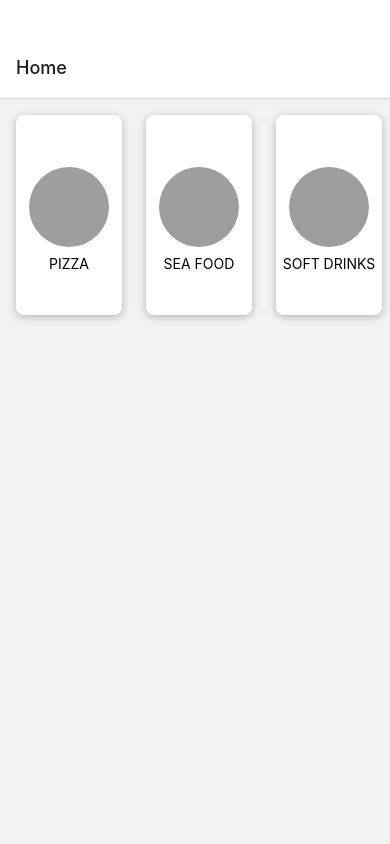
Repository: Esraa22M/ReactNative
Screen: /
An editor plug-in stored every save of this project. The screen is shown before and after the next save, followed by the edit.
Pictures or frames that could not be fetched are drawn as grey boxes. The app was drawn by React Native's web renderer in a window 390 px wide. The project was rebuilt for these pictures with package versions that can differ from the ones it lists, and the page was loaded fresh each time. Also part of the build but not shown: src/components/header/header.component.js, src/colors/front-screen-colors/user-auth-colors.js, src/components/header/header.styles.js, src/components/textInput/textInput.styles.js, src/components/textInput/textInput.components.jsx, src/components/singup-form-body/singup-form-body.components.js, src/screens/front-screen/Singup/singup-screen.screens.jsx, src/authentication/api/login-info.js and 2 more.

Above is the screen before, as saved 2023-09-21 01:10:48.

### App.js
import { SafeAreaView } from "react-native";
import { singupStyles } from "./src/screens/front-screen/Singup/singup-screen.styles";
import { Singup } from "./src/screens/front-screen/Singup/singup-screen.screens";
import UserCard from "./src/screens/front-screen/user-card/user-card.screens";
import { NavigationContainer } from "@react-navigation/native";
import { createStackNavigator } from "@react-navigation/stack";
import { Home } from "./src/screens/front-screen/home/home.screens";
const Stack = createStackNavigator();
export default function App() {
  return (
    <SafeAreaView style={singupStyles.container}>
      {/* <UserCard /> */}
      <NavigationContainer>
        <Stack.Navigator>
          <Stack.Screen name="Home" component={Home} />
        </Stack.Navigator>
      </NavigationContainer>
    </SafeAreaView>
  );
}

### src/screens/front-screen/Singup/singup-screen.styles.jsx
import { StyleSheet } from "react-native";
export const singupStyles = StyleSheet.create({
  container: { flex: 1, marginTop: 35 },
});

### src/screens/front-screen/home/home.screens.js
import { View, Text } from "react-native";
import { Categories } from "../../../components/categories/categories.components";
export const Home = () => {
  return (
    <>
      <Categories />
    </>
  );
};

### src/components/categories/categories.components.js
import { categories } from "../../data/dummay__data";
import { FlatList } from "react-native";
import { CategoryItem } from "./category-item.components";
export const Categories = () => {
  function renderCategoryItem(itemData) {
    return <CategoryItem item={itemData.item} />;
  }
  return (
    <FlatList
      numColumns={3}
      data={categories}
      renderItem={renderCategoryItem}
      keyExtractor={(item) => item.id}
    />
  );
};

### src/data/dummay__data.js
import { Category } from "../modal/category.modals";
export const categories = [
  new Category(
    "1pizza",
    "Pizza",
    "https://img.freepik.com/free-vector/flying-slice-pizza-cartoon-vector-illustration-fast-food-concept-isolated-vector-flat-cartoon-style_138676-1934.jpg?w=740&t=st=1695067102~exp=1695067702~hmac=7d47136b0dff2be87480dc1a22a28658daa67f706d90b59d117303a312dc6c16"
  ),
  new Category(
    "sea_food2",
    "sea food",
    "https://img.freepik.com/free-vector/seafood-products-set_98292-1624.jpg?w=740&t=st=1695067277~exp=1695067877~hmac=62082bdd900b5c830349f2bb8f3cd3466fcfb5395c4f24459194aeaeb256cb2c"
  ),
  new Category(
    "3softDrinks",
    "soft drinks",
    "https://img.freepik.com/free-vector/soda-cups-drink_24877-57922.jpg?w=740&t=st=1695067422~exp=1695068022~hmac=60b80d144880f8a8413a85c867ecfc35a38170c71354acfc84aa5b82ae30d594"
  ),
];

### src/components/categories/category-item.components.js
import { View, Text, Image, StyleSheet, Pressable } from "react-native";
import { HomeColors } from "../../colors/front-screen-colors/home-colors";
import { IconButton } from "../icon-button/icon-button.components";
export const CategoryItem = ({ item }) => {
  const { name, image } = item;
  console.log(item);
  return (
    <View style={styles.container}>
      <Pressable>
        <Image source={{ uri: image }} style={styles.image} />
        <Text style={styles.categoryName}>{name}</Text>
      </Pressable>
    </View>
  );
};
const styles = StyleSheet.create({
  container: {
    flex: 1,
    height: 200,
    justifyContent: "center",
    backgroundColor: HomeColors.LIGHT_COLOR,
    alignItems: "center",
    shadowColor: "black",
    shadowOpacity: 0.25,
    shadowOffset: { width: 0, height: 2 },
    shadowRadius: 8,
    marginVertical: 16,
    marginLeft: 16,
    marginRight: 8,
    elevation: 4,
    alignItems: "center",
    borderRadius: 8,
  },
  image: {
    width: 80,
    height: 80,
    borderRadius: 80 / 2,
    margin: 8,
  },
  categoryName: {
    textAlign: "center",
    textTransform: "uppercase",
  },
});

### src/modal/category.modals.js
export class Category {
  constructor(id, name, image) {
    this.id = id;
    this.name = name;
    this.image = image;
  }
}

### src/colors/front-screen-colors/home-colors.js
export const HomeColors = { LIGHT_COLOR: "white", ACTIVE_COLOR: "#FFBF00" };

### src/components/icon-button/icon-button.components.js
import { Pressable, StyleSheet } from "react-native";
import Ionicons from "@expo/vector-icons/Ionicons";
export const IconButton = ({ name, color, size, ...props }) => {
  return (
    <Pressable style={({ pressed }) => pressed && styles.pressed}>
      <Ionicons {...props} name={name} color={color} size={size} />
    </Pressable>
  );
};
const styles = StyleSheet.create({ pressed: { opacity: 0.7, color: "blue" } });

After the next save:
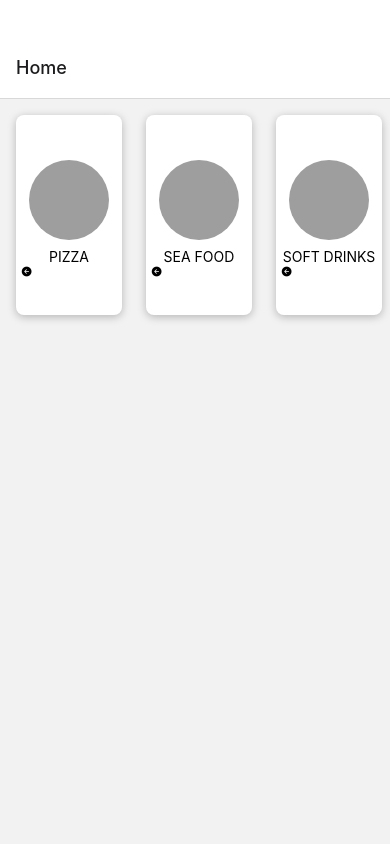
Saved 3 min 54 s later.
--- a/src/components/categories/category-item.components.js
+++ b/src/components/categories/category-item.components.js
@@ -9,6 +9,7 @@ export const CategoryItem = ({ item }) => {
       <Pressable>
         <Image source={{ uri: image }} style={styles.image} />
         <Text style={styles.categoryName}>{name}</Text>
+        <IconButton name={"arrow-back-circle"} />
       </Pressable>
     </View>
   );
